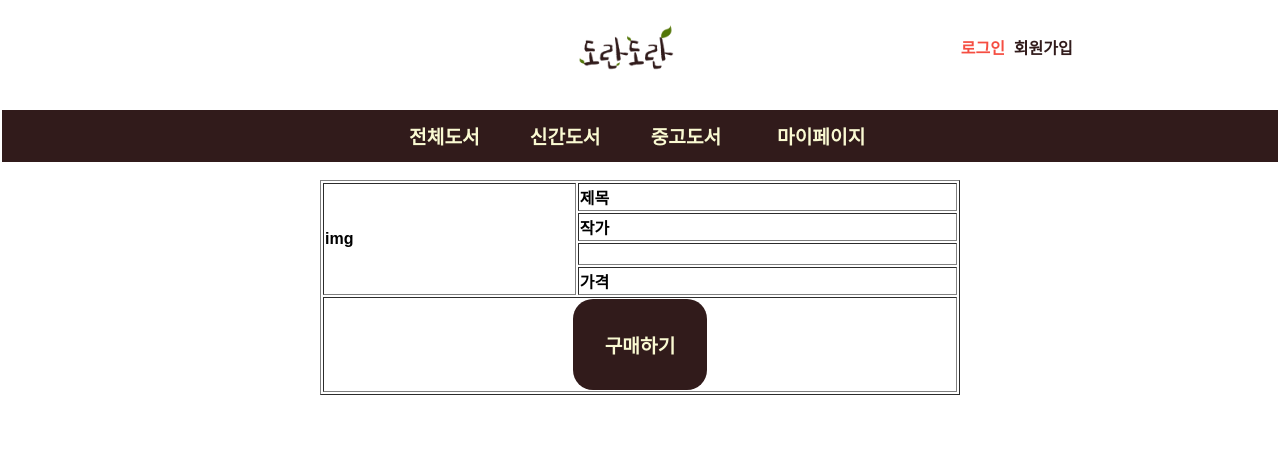
Repository: juhyun110701/DORANDORAN
Page: http://localhost/dorandoran/index.jsp
The author's editor kept a copy of each file at every save. The page is drawn from the files as they stood at one save, then again after the next save.
The browser window is 1280 px wide. The pictures show the whole page.
Some web fonts or font styles are not loaded; a fallback is used. The page is served by Tomcat 9. Queries for data that is not in the repository find no rows.

Above is the page before, as saved 2019-07-31 12:08:57.

After the next save:
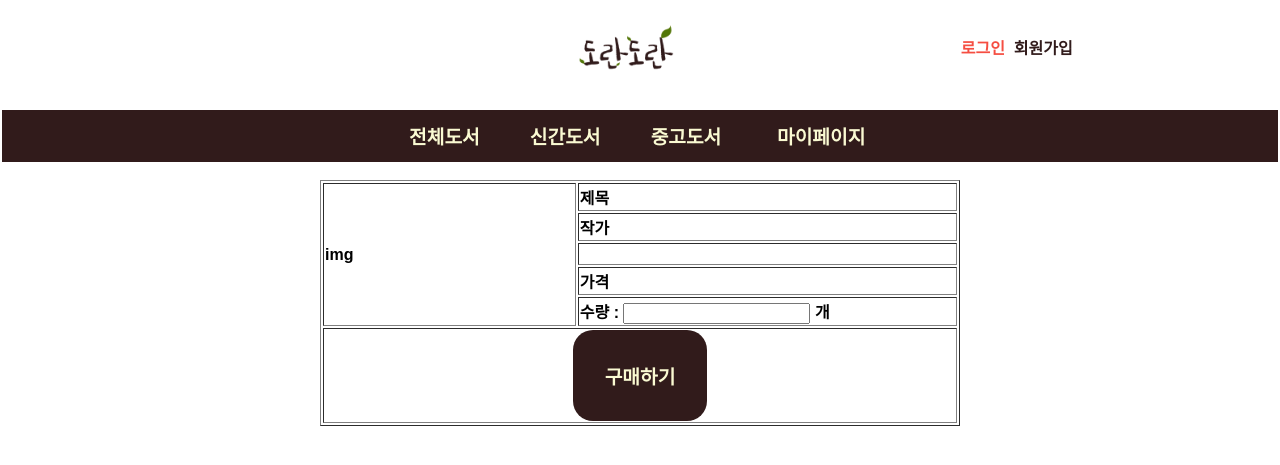
Saved 49 s later.
--- a/dorandoran/WebContent/index.jsp
+++ b/dorandoran/WebContent/index.jsp
@@ -17,7 +17,7 @@
 <jsp:include page="top.jsp" flush="false"/><p>
 <table border=1 width="50%" style="margin-left:25%;">
 	<tr>
-		<td rowspan=4 width="40%">img</td>
+		<td rowspan=5 width="40%">img</td>
 		<td>제목</td>
 	</tr>
 	<tr>
@@ -28,6 +28,11 @@
 	</tr>
 	<tr>
 		<td>가격</td>
+	</tr>
+	<tr>
+		<td>
+			수량 : <input type="number" name="amount"> 개
+		</td>
 	</tr>
 	<tr>
 		<td colspan=2 align="center">
